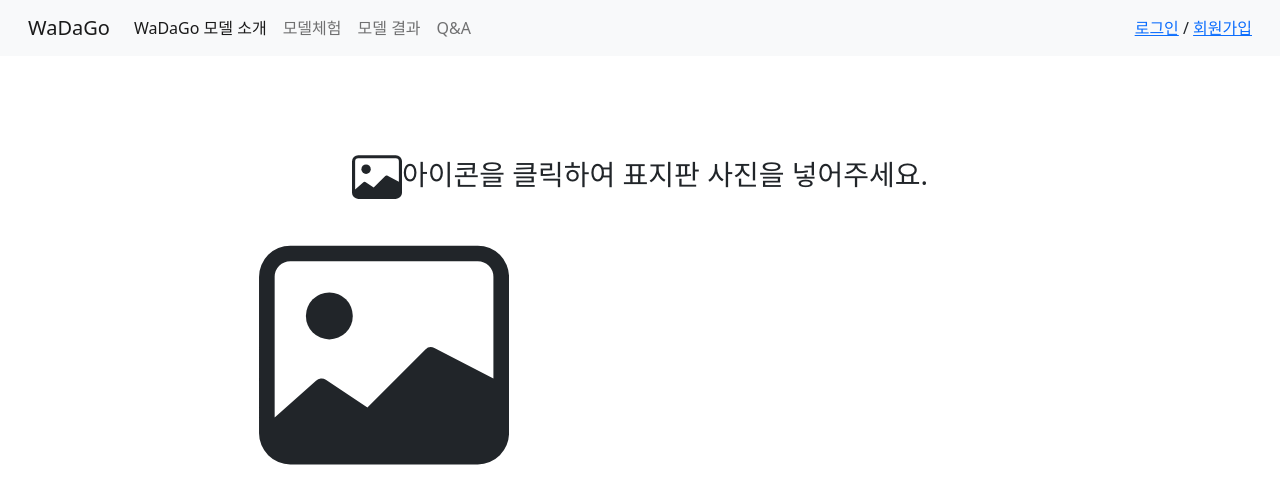
Repository: suchulchoi/Wadago_Project
Page: http://localhost/model/try
These files come from the project's save history. The page is drawn as it stood at one moment and after the next save; the edit follows.
The browser window is 1280 px wide. The pictures show the whole page.
The page is this project's Thymeleaf template; nobody is signed in. The template is opened directly, without the code that normally fills it, so the values that code supplies are empty.

Above is the page before, as saved 2022-07-27 13:22:53.

After the next save:
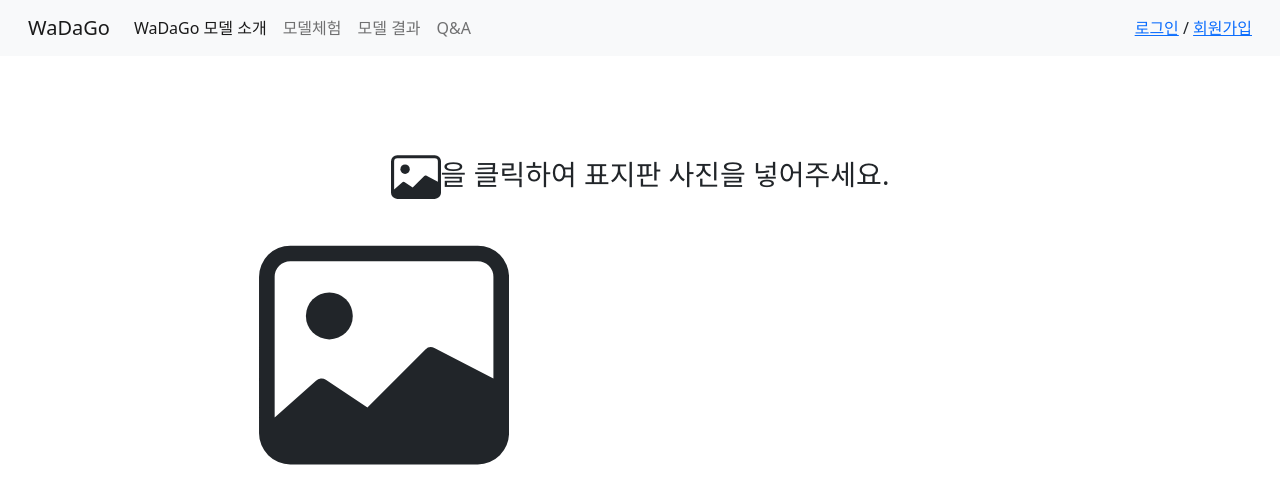
Saved 9 s later.
--- a/wadago_project/src/main/resources/templates/model/try.html
+++ b/wadago_project/src/main/resources/templates/model/try.html
@@ -49,7 +49,7 @@
 			<center><h3 id="title"><svg xmlns="http://www.w3.org/2000/svg" width="50" height="50" fill="currentColor" class="bi bi-image" viewBox="0 0 16 16">
 									  <path d="M6.002 5.5a1.5 1.5 0 1 1-3 0 1.5 1.5 0 0 1 3 0z"/>
 									  <path d="M2.002 1a2 2 0 0 0-2 2v10a2 2 0 0 0 2 2h12a2 2 0 0 0 2-2V3a2 2 0 0 0-2-2h-12zm12 1a1 1 0 0 1 1 1v6.5l-3.777-1.947a.5.5 0 0 0-.577.093l-3.71 3.71-2.66-1.772a.5.5 0 0 0-.63.062L1.002 12V3a1 1 0 0 1 1-1h12z"/>
-									</svg>아이콘을 클릭하여 표지판 사진을 넣어주세요.</h3></center>
+									</svg>을 클릭하여 표지판 사진을 넣어주세요.</h3></center>
 			<form th:action="@{insertImg}" method="post" name="update" enctype="multipart/form-data">
 			<div class="menuList">
 				<div class="imgMenu">
